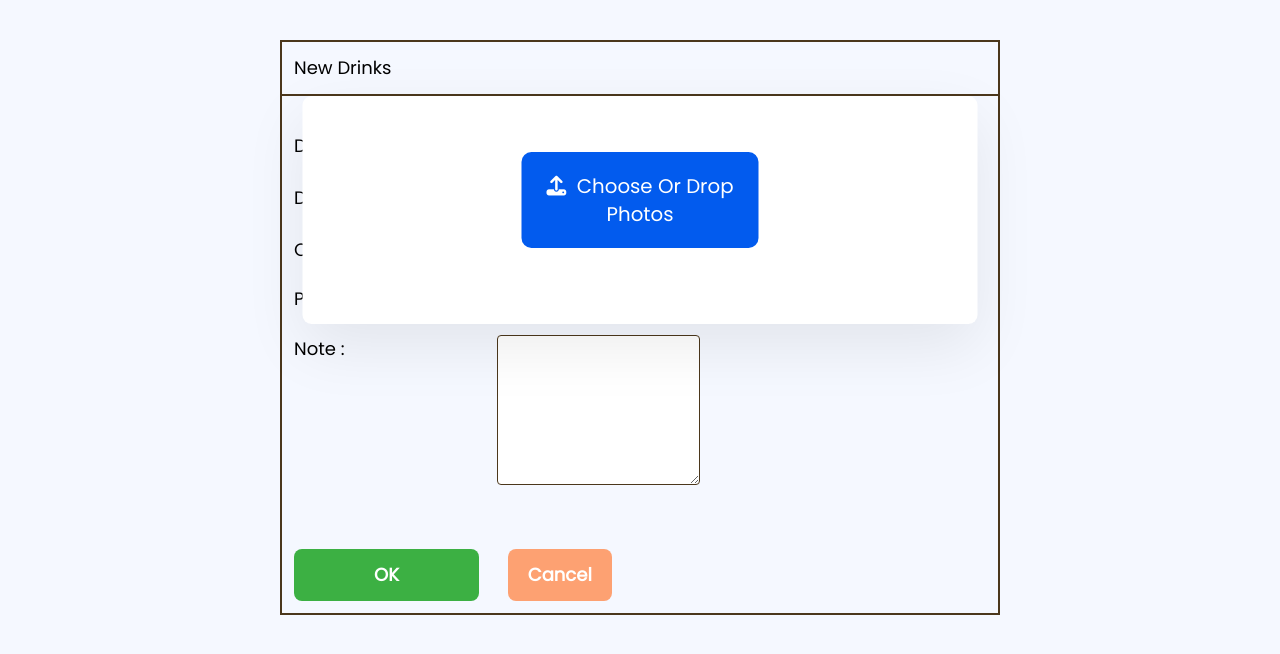
Repository: Dapravith/Midterm-SE-GIC-Cafe-Project-Group16
Page: src/main/resources/templates/addDrink.html
These files come from the project's save history. The page is drawn as it stood at one moment and after the next save; the edit follows.
The browser window is 1280 px wide. The pictures show the whole page.
Some web libraries are served in a nearby version.

Above is the page before, as saved 2023-05-16 22:33:45.

### src/main/resources/templates/addDrink.html
<!DOCTYPE html>
<html lang="en">

<head>
    <meta charset="UTF-8">
    <meta http-equiv="X-UA-Compatible" content="IE=edge">
    <meta name="viewport" content="width=device-width, initial-scale=1.0">
    <title>Add New Drink</title>
    <script src="https://cdn.tailwindcss.com"></script>
    <!-- Font Awesome Icons -->
    <link rel="stylesheet" href="https://cdnjs.cloudflare.com/ajax/libs/font-awesome/6.2.0/css/all.min.css" />
    <!-- Google Font -->
    <link href="https://fonts.googleapis.com/css2?family=Poppins&display=swap" rel="stylesheet" />
    <style>
        * {
            padding: 0;
            margin: 0;
            box-sizing: border-box;
            font-family: "Poppins", sans-serif;
        }

        button:hover {
            box-shadow: 0 13px 18px 0 rgba(151, 208, 27, 0.24), 0 19px 50px 0 rgba(238, 227, 21, 0.19);
        }

        body {
            background-color: #f5f8ff;
        }

        .images {
            background-color: #ffffff;
            width: 50%;
            min-width: 37.5em;
            padding: 3.12em 1.87em;
            position: absolute;
            transform: translateX(-50%);
            left: 50%;
            right: 50%;
            box-shadow: 0 1.25em 3.43em rgba(0, 0, 0, 0.08);
            border-radius: 0.5em;
            justify-content: right;
        }

        input[type="file"] {
            display: none;
        }

        .upload-images {
            display: block;
            position: relative;
            background-color: #025bee;
            color: #ffffff;
            font-size: 1.1em;
            text-align: center;
            width: 12em;
            padding: 1em 0;
            border-radius: 0.5em;
            margin: 0 auto 1em auto;
            cursor: pointer;
        }

        #image-display {
            position: relative;
            width: 10%;
            margin: 0 auto;
            display: flex;
            justify-content: space-evenly;
            gap: 1.5em;
            flex-wrap: wrap;
        }

        #image-display figure {
            width: 10%;
        }

        #image-display img {
            width: 10%;
        }

        #image-display figcaption {
            font-size: 0.5em;
            text-align: center;
            color: #5a5861;
        }

        .active {
            border: 0.2em dashed #025bee;
        }

        #error {
            text-align: center;
            color: #ff3030;
        }
    </style>
</head>

<body class="m-10 text-lg">
    <!-- Crud PRODUCTS -->
    <div class="new_drink w-[60%] h-fit m-auto  border-[2px] border-solid border-[#4B371C] ">
        <div class="head p-3">
            <h2>New Drinks</h2>
        </div>
        <div class="w-[100%] border-[1px] border-solid border-[#4B371C]"></div>
        <div class="flex">
            <div class="add_drink w-[60%]">
                <div class="py-3 ">
                    <form action="#" class="p-3 ">
                        <div class="mt-3 grid grid-cols-2">
                            <label class="mr-5" for="dcode">Drinks code :</label>
                            <input type="text" id="dcode" name="" class="p-1 border-[2px] border-solid border-[#4B371C] rounded" placeholder="">
                        </div>
                        <div class="mt-3 grid grid-cols-2">
                            <label class="mr-5" for="dname">Drinks name :</label>
                            <input type="text" id="dname" name="" class="p-1 border-[2px] border-solid border-[#4B371C] rounded" placeholder="">
                        </div>
                        <div class="mt-3 grid grid-cols-2">
                            <label class="mr-5" for="category">Category :</label>
                            <div class="flex justify-between">
                                <select type="add-item" id="category" name="" class="p-1 border-[1px] border-solid border-[#4B371C] rounded" placeholder="">
                                    <option value="1">Hot Drinks</option >
                                    <option value="2" >Cool Drinks</option >
                                    <option value="3" >Frappe</option >
                                    <option value="4" >Food</option >
                                </select>
                                <button id="add_category" class=" w-fit h-fit bg-[#3CB043] text-center text-white font-bold cursor-pointer duration-100 rounded-lg">
                                    <svg xmlns="http://www.w3.org/2000/svg" fill="none" viewBox="0 0 24 24" stroke-width="1.5" stroke="currentColor" class="w-[30px] h-[30px] " onclick="showPopup()">
                                        <path stroke-linecap="round" stroke-linejoin="round" d="M12 4.5v15m7.5-7.5h-15" />
                                    </svg>
                                </button>

                            </div>

                        </div>

                        <div class="mt-3 grid grid-cols-2">
                            <label class="mr-5" for="price">Price :</label>
                            <input name="" min="0" type="number" id="price" class="p-1 border-[1px] border-solid border-[#4B371C] rounded" placeholder="">
                        </div>
                        <div class="mt-3 grid grid-cols-2">
                            <label class="mr-5" for="note">Note :</label>
                            <textarea id="note" cols="50" rows="5" name="" class="p-1 w-full border-[1px] border-solid border-[#4B371C] rounded resize-x"> </textarea>
                        </div>
                    </form>
                </div>
                <br />
                <div>
                    <button class=" py-3 bg-[#3CB043] text-center text-white font-bold px-20 m-3 inline-block cursor-pointer duration-100 rounded-lg">OK</button>
                    <button class=" py-3 px-5 bg-[#FDA172] text-center text-white  font-bold p-3 m-3 inline-block cursor-pointer duration-100 rounded-lg">Cancel</button>
                </div>
            </div>
            <div class="images">
                <input type="file" id="upload-button" multiple accept="image/*" />
                <label class="upload-images" for="upload-button"><i class="fa-solid fa-upload"></i>&nbsp; Choose Or Drop Photos
                </label>
                <div id="error"></div>
                <div id="image-display"></div>
            </div>
        </div>
    </div>
    </div>
    <!-- ADD NEW CATEGORY -->
    <div class="popup w-[100vw] h-[100vh] absolute top-[0] left-[0] bg-[#f1f1f199] hidden z-[100]">
        <main class="w-[20rem] absolute top-[50%] left-[50%] translate-x-[-50%] translate-y-[-50%]">
            <div class="none w-full h-fit m-auto  border-[2px] border-solid border-[#4B371C]">
                <div class="head p-3">
                    <h2>New Category</h2>
                </div>
                <div class="w-[100%] border-[1px] border-solid border-[#4B371C]"></div>
                <div class=" ">
                    <form action="#" class="add_category p-3">
                        <div class="mt-3 grid grid-cols-2">
                            <label for="gcode">Category code :</label>
                            <input type="text" id="dcode" name="" class="category_code border-[1px] border-solid border-[#4B371C] rounded" placeholder="" required>
                        </div>
                        <div class="mt-3 grid grid-cols-2">
                            <label for="gname">Category name :</label>
                            <input type="text" id="gname" name="" class="category_name border-[1px] border-solid border-[#4B371C] rounded" placeholder="" required>
                        </div>
                        <br />
                        <div class="flex">
                            <input id="okay" type="submit" value="OK" class=" py-3 bg-[#3CB043] text-center font-bold text-white px-16 in m-3 p-3 line-block cursor-pointer duration-100 rounded-lg">
                            <button class="cancel py-3 px-5 bg-[#FDA172] text-center font-bold text-white p-3 m-3 inline-block cursor-pointer duration-100 rounded-lg">Cancel</button>
                        </div>
                    </form>
                </div>
            </div>
        </main>

    </div>
    <script>
        const addNewCat = document.getElementById("add_category");
        const popup = document.querySelector(".popup");
        const form_add_category = document.querySelector(".add_category ");

        addNewCat.addEventListener("click", showPopup);

        function showPopup() {
            popup.classList.remove('hidden')
        }

        form_add_category.addEventListener("submit", () => {
            clear()
            popup.classList.add('hidden')
        });

        document.querySelector('.cancel').addEventListener('click', () => {
            clear()
            popup.classList.add('hidden')
        })

        popup.addEventListener('click', (e) => {
            const target = e.target;

            if (target.classList.contains('popup')) {
                popup.classList.add('hidden')
            }
        })

        const clear = () => {
            document.querySelector('.category_name').value = ""
            document.querySelector('.category_code').value = ""
        }

        let uploadButton = document.getElementById("upload-button");
        let chosenImage = document.getElementById("chosen-image");
        let fileName = document.getElementById("file-name");
        let container = document.querySelector(".images");
        let error = document.getElementById("error");
        let imageDisplay = document.getElementById("image-display");

        const fileHandler = (file, name, type) => {
            if (type.split("/")[0] !== "image") {
                //File Type Error
                error.innerText = "Please upload an image file";
                return false;
            }
            error.innerText = "";
            let reader = new FileReader();
            reader.readAsDataURL(file);
            reader.onloadend = () => {
                //image and file name
                let imageContainer = document.createElement("figure");
                let img = document.createElement("img");
                img.src = reader.result;
                imageContainer.appendChild(img);
                imageContainer.innerHTML += `<figcaption>${name}</figcaption>`;
                imageDisplay.appendChild(imageContainer);
            };
        };

        //Upload Button
        uploadButton.addEventListener("change", () => {
            imageDisplay.innerHTML = "";
            Array.from(uploadButton.files).forEach((file) => {
                fileHandler(file, file.name, file.type);
            });
        });

        container.addEventListener(
            "dragenter",
            (e) => {
                e.preventDefault();
                e.stopPropagation();
                container.classList.add("active");
            },
            false
        );

        container.addEventListener(
            "dragleave",
            (e) => {
                e.preventDefault();
                e.stopPropagation();
                container.classList.remove("active");
            },
            false
        );

        container.addEventListener(
            "dragover",
            (e) => {
                e.preventDefault();
                e.stopPropagation();
                container.classList.add("active");
            },
            false
        );

        container.addEventListener(
            "drop",
            (e) => {
                e.preventDefault();
                e.stopPropagation();
                container.classList.remove("active");
                let draggedData = e.dataTransfer;
                let files = draggedData.files;
                imageDisplay.innerHTML = "";
                Array.from(files).forEach((file) => {
                    fileHandler(file, file.name, file.type);
                });
            },
            false
        );

        window.onload = () => {
            error.innerText = "";
        };
    </script>
</body>

</html>

After the next save:
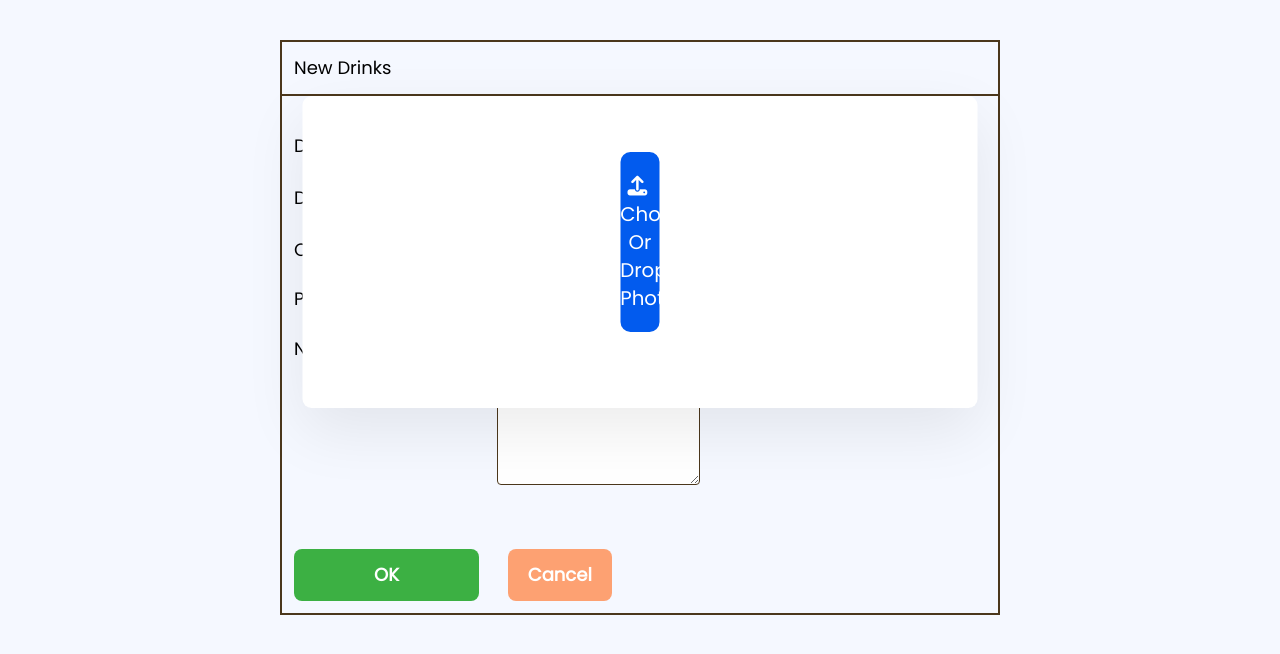
Saved 12 s later.
--- a/src/main/resources/templates/addDrink.html
+++ b/src/main/resources/templates/addDrink.html
@@ -52,7 +52,7 @@
             color: #ffffff;
             font-size: 1.1em;
             text-align: center;
-            width: 12em;
+            width: 2em;
             padding: 1em 0;
             border-radius: 0.5em;
             margin: 0 auto 1em auto;
